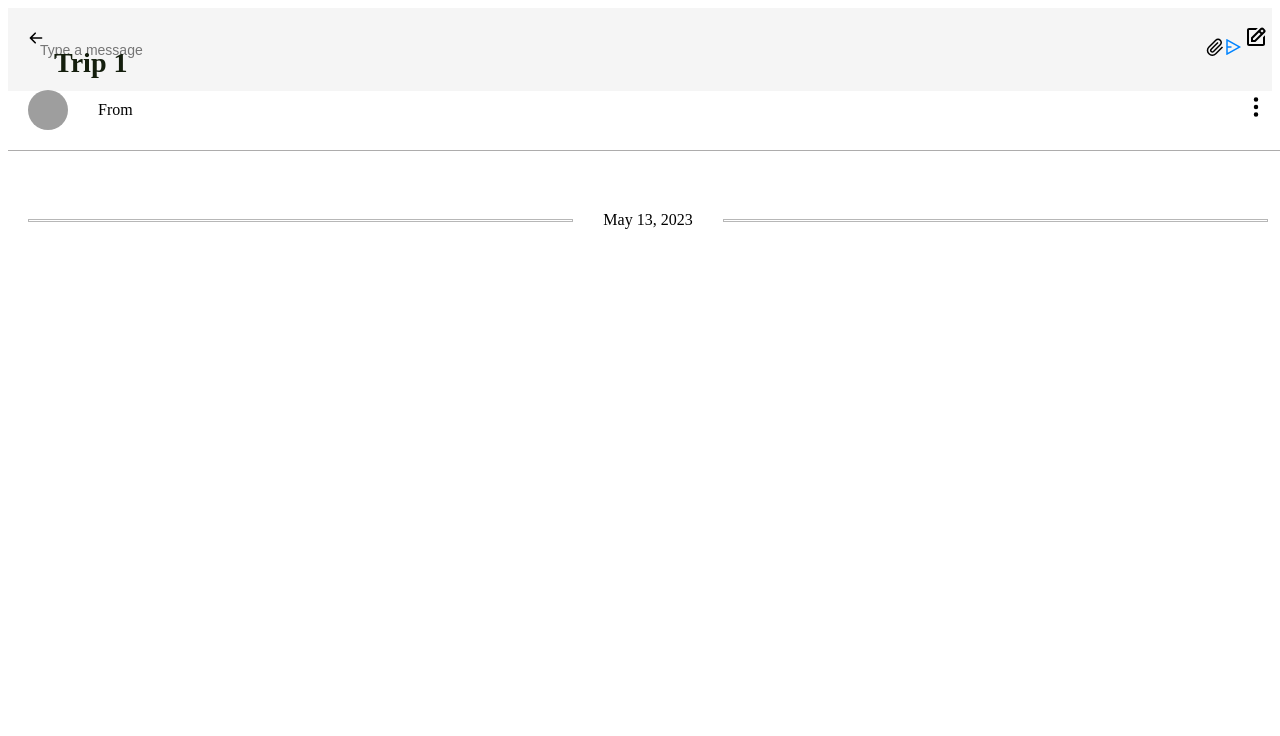
Repository: Abhi2359/PWA_Corider
Page: /
These files come from the project's save history. The page is drawn as it stood at one moment and after a run of saves; the edit follows.
The browser window is 1280 px wide. The pictures show the whole page.
Pictures or frames that could not be fetched are drawn as grey boxes. The page's requests for data from a server got no answer. The project was rebuilt for these pictures with package versions that can differ from the ones it lists, and the page was loaded fresh each time. No one was signed in, and anything a server would have sent is missing. Also part of the build but not shown: vite.config.js, src/Chat.css, src/Chat.jsx.

Above is the page before, as saved 2023-05-13 14:27:24.

### src/App.jsx
import { useEffect, useState } from "react";
import "./App.css";
import { fetchData } from "./api/fetchData";
import Header from "./Header";
import Chat from "./Chat";
import ChatInput from "./chatInput/ChatInput";

function App() {
  const [data, setData] = useState([]);
  const [isLoading, setIsLoading] = useState(false);
  const [error, setError] = useState(null);
  const [page, setPage] = useState(1);
  const [from, setFrom] = useState("");
  const [to, setTo] = useState("");

  useEffect(() => {
    const fetchDataFromApi = async () => {
      setIsLoading(true);

      try {
        const apiData = await fetchData(page);
        // setFrom(apiData.from);
        // setTo(apiData.to);
        const apiResponse = apiData.chats;
        if (page === 1) {
          setFrom(apiData.from);
          setTo(apiData.to);
        }
        setData(apiResponse);
        s;
      } catch (error) {
        setError(error.message);
      }

      setIsLoading(false);
    };

    fetchDataFromApi();
  }, [page]);

  return (
    <>
      <div className="layout">
        <div className="header_section">
          <Header />
          <div className="chat_container">
            <ul className="chat_list">
              {data &&
                data.map((chat) => (
                  <li key={chat.id}>
                    <Chat message={chat.message} image={chat.sender.image} />
                  </li>
                ))}
            </ul>
            {isLoading && <p>Loading...</p>}
          </div>
        </div>
        <div >
          <footer className="footer">
            <ChatInput />

          </footer>
        </div>
      </div>
    </>
  );
}

export default App;

### src/App.css


.layout{
  height: 100vh;
  display: flex;
  flex-direction: column;
}

/* Header css */
.header_section {
   position: fixed;
  top: 0;

  z-index: 1;

  width: 100%;

}

.chat_container {
  /* margin-top: 5px; /* Adjust margin-top to leave space for the fixed header */
  /* overflow-y: auto; */
  /* height: calc(100vh - 50px); Subtract the height of the fixed header */

  flex: 1;
  overflow-y: scroll;
  padding-top: 60px; /* Height of the fixed header */
  padding-bottom: 60px; /* Height of the fixed footer */
}

.chat_list {
  list-style-type: none;
  padding: 0;
  margin: 0;
}


.trip{
    display: flex;
    align-items: center;
    justify-content: space-between;
    margin: 10px;
    padding: 10px;
    box-shadow: #adacac;
}
.icon {
    margin-right: 10px;
  }

  .trip_no {
    margin-right: auto;
    margin-bottom: 10px;
    width: 275px;
height: 30px;

font-family: 'Mulish';
font-style: normal;
font-weight: 700;
font-size: 24px;
line-height: 30px;

color: #141E0D;
  }

  .edit_icon {
    margin-left: 10px;
   font-size: 24px;
  }


  .trip_details{
    display: flex;
    align-items: center;
    justify-content: space-between;
    margin: 10px;
    padding: 10px;
}

.user_icon {
    width: 40px;
    height: 40px;
    border-radius: 50%;
    overflow: hidden;
    margin-right: 30px;
  }

  .user_icon img {
    width: 100%;
    height: 100%;
    object-fit: cover;
  }


.travel_data{
    margin-right: auto;
}

.dot_icon{
    margin-left: 10px;
    font-size: 24px;
}
.line {
    border-top: 0.5px solid #adacac;
    margin: 10px 0;
    padding-bottom: 50px;
  }

  .date_container {
    display: flex;
    align-items: center;
  }

  .date-line {
    flex-grow: 1;
 height: 1px;
 border: 1px solid #B7B7B7;
 margin: 0 20px;
  }

  .date {
    margin: 0 10px;
  }

  .footer{


      background-color: #f5f5f5;
      padding: 20px;
      text-align: center;

  }

### src/api/fetchData.jsx
import axios from "axios";

const API_URL = "http://3.111.128.67/assignment/chat";

export const fetchData = async (page) => {
    try {
      const response = await axios.get(`http://3.111.128.67/assignment/chat?page=${page}`, {
        params: { page },
      });
      return response.data;
    } catch (error) {
      throw new Error('Error while fetching data');
    }
  };

### src/Header.jsx
import React from "react";
import { HiArrowLeft } from "react-icons/hi";
import { BiEdit } from "react-icons/bi";
import { BsThreeDotsVertical } from "react-icons/bs";
import styles from "./App.css";
const Header = ({from,to}) => {
  return (
    <>
      <div className="header">
        <div className="trip">
          <div className="icon">
            <HiArrowLeft />
          </div>
          <div className="trip_no">
            <h3>Trip 1</h3>
          </div>
          <div className="edit_icon">
            <BiEdit />
          </div>
        </div>
        <div className="trip_details">
          <div className="user_icon">
            <img
              src="https://fastly.picsum.photos/id/1072/160/160.jpg?hmac=IDpbpA5neYzFjtkdFmBDKXwgr-907ewXLa9lLk9JuA8"
              alt=""
            />
          </div>
          <div className="travel_data">From {from}</div>
          <div className="dot_icon">
            <BsThreeDotsVertical />
          </div>
        </div>
        <div className="line"></div>
        <div className="date_container">
          <div className="date-line"></div>
          <div className="date">May 13, 2023</div>
          <div className="date-line"></div>
        </div>
      </div>
    </>
  );
};

export default Header;

### src/chatInput/ChatInput.jsx
import React from 'react'
import {GrAttachment}  from "react-icons/gr"
import {RiSendPlane2Line}  from "react-icons/ri"
import styles from "./ChatInput.css"
const ChatInput = () => {
  return (
  <>
  <footer>

  <div class="chat-input-container">
  <input type="text" class="chat-input" placeholder="Type a message"/>
  <div class="icon-container">
   <div className="attachment"><GrAttachment/></div>
   <div className="send"><RiSendPlane2Line/></div>
  </div>
</div>
  </footer>

  </>
  )
}

export default ChatInput

### src/chatInput/ChatInput.css
.chat-input-container {
    display: flex;
    align-items: center;
    background-color: #f5f5f5;
    padding: 10px;
  }

  .icon-container {
    display: flex;
    align-items: center;
  }

  .chat-input {
    flex-grow: 1;
    border: none;
    outline: none;
    background-color: transparent;
    font-size: 14px;
    margin-right: 10px;
  }

  /* Adjust the icon styles as needed */
  .icon-container i {
    margin-right: 5px;
    color: #888;
    cursor: pointer;
  }

  /* Styling specifically for the attachment and send icons */
  .attachment {
    font-size: 18px;
  }

  .send {
    color: #0084ff;
    font-size: 18px;
  }

Loaded but not shown: index.html (common file); src/main.jsx (common file)

After the next 2 saves:
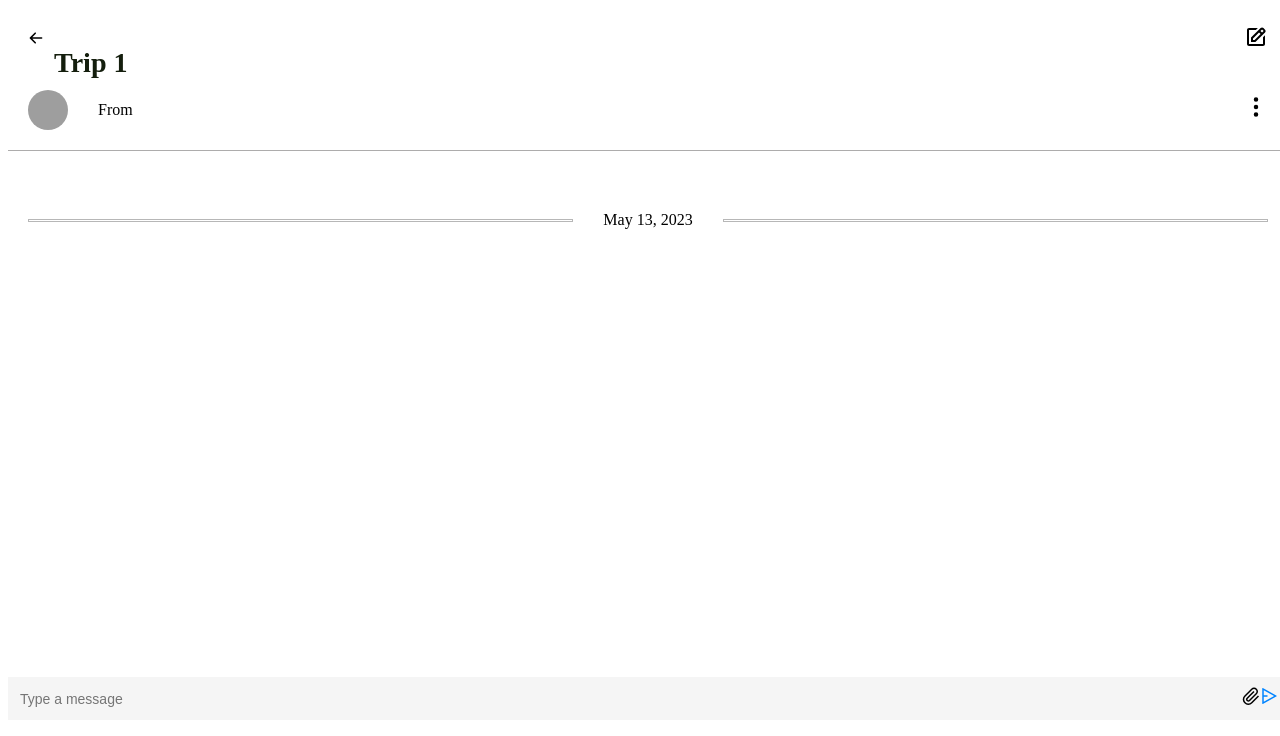
The 2 saves are shown as one change because they came seconds apart.
The last was saved 33 s later.
--- a/src/App.css
+++ b/src/App.css
@@ -124,8 +124,13 @@ color: #141E0D;
   .footer{
 
 
-      background-color: #f5f5f5;
+      /* background-color: #f5f5f5;
       padding: 20px;
-      text-align: center;
+      text-align: center; */
+      position: fixed;
+      bottom: 0;
+      width: 100%;
+      background-color: #fff;
+      z-index: 1;
 
   }
